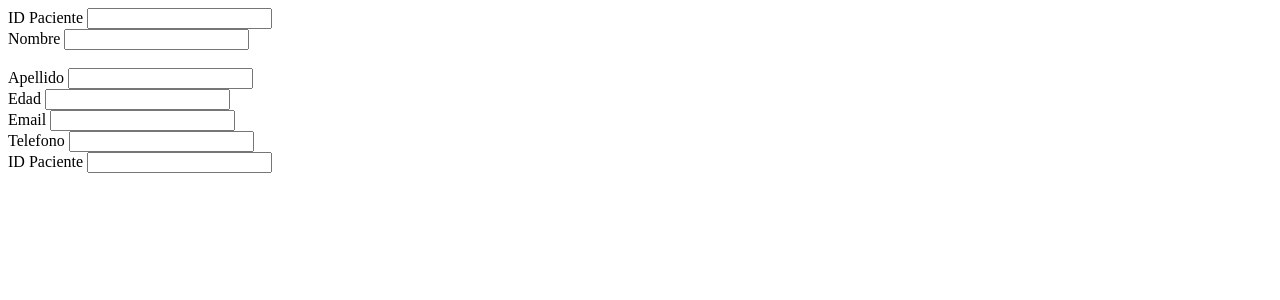
Repository: Divineridh/LPPAChallenges
Page: Trabajos en Clase/ejercicio forms covid/index.html
An editor plug-in stored every save of this project. The page is shown before and after the next save, followed by the edit.
The browser window is 1280 px wide. The pictures show the whole page.

Above is the page before, as saved 2022-04-19 20:52:33.

### Trabajos en Clase/ejercicio forms covid/index.html
<!DOCTYPE html>
<html lang="en">
<head>
    <meta charset="UTF-8">
    <meta http-equiv="X-UA-Compatible" content="IE=edge">
    <meta name="viewport" content="width=device-width, initial-scale=1.0">
    <title>Formularios covid</title>
</head>
<body>
    <form>
        <label for="idpaciente">ID Paciente</label>
        <input type="text" id="idpaciente" name="idpaciente"><br>
        <label for="nombre">Nombre</label>
        <input type="text" id="nombre" name="nombre"><br><br>
        <label for="apellido">Apellido</label>
        <input type="text" id="apellido" name="apellido"><br>
        <label for="edad">Edad</label>
        <input type="text" id="edad" name="edad"><br>
        <label for="email">Email</label>
        <input type="text" id="email" name="email"><br>
        <label for="telefono">Telefono</label>
        <input type="text" id="telefono" name="telefono"><br>
        <label for="idpaciente">ID Paciente</label>
        <input type="text" id="idpaciente" name="idpaciente"><br>

    </form>
</body>
</html>

After the next save:
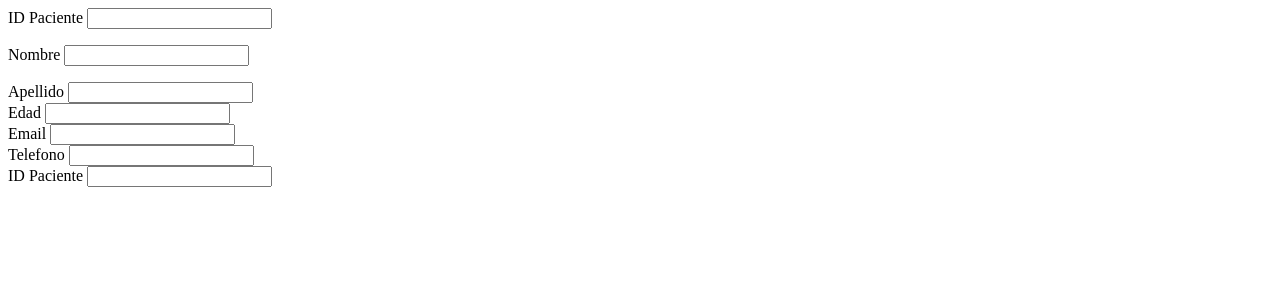
Saved 38 s later.
--- a/Trabajos en Clase/ejercicio forms covid/index.html
+++ b/Trabajos en Clase/ejercicio forms covid/index.html
@@ -10,8 +10,9 @@
     <form>
         <label for="idpaciente">ID Paciente</label>
         <input type="text" id="idpaciente" name="idpaciente"><br>
+        <p>
         <label for="nombre">Nombre</label>
-        <input type="text" id="nombre" name="nombre"><br><br>
+        <input type="text" id="nombre" name="nombre"> </p>
         <label for="apellido">Apellido</label>
         <input type="text" id="apellido" name="apellido"><br>
         <label for="edad">Edad</label>
